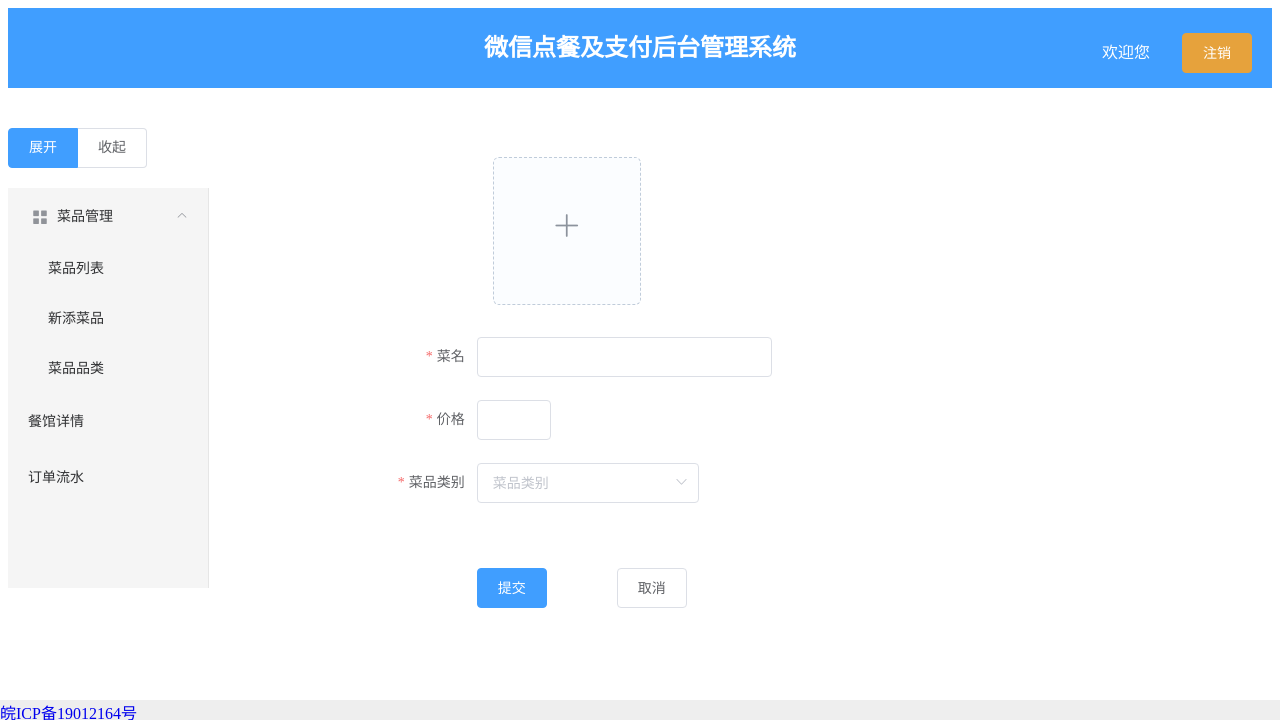
Repository: align-shi/order-web
Page: /pointpayment/hotelTable
An editor plug-in stored every save of this project. The page is shown before and after the next save, followed by the edit.
The browser window is 1280 px wide. The pictures show the whole page.
The page's requests for data from a server got no answer. The project was rebuilt for these pictures with package versions that can differ from the ones it lists, and the page was loaded fresh each time. No one was signed in, and anything a server would have sent is missing. Also part of the build but not shown: src/pages/login.vue.

Above is the page before, as saved 2020-03-11 10:24:12.

### index.html
<!DOCTYPE html>
<html>
  <head>
    <meta charset="utf-8">
    <meta name="viewport" content="width=device-width,initial-scale=1.0">
    <title>pointpayment_ele</title>
  </head>
  <body>
    <div id="app"></div>
    <!-- built files will be auto injected -->
  </body>
  <footer style="position: fixed;left: 0px;bottom: 0px;width: 100%;height:20px;background-color: #eee;">
    <a href="http://www.beian.miit.gov.cn" target="_blank">皖ICP备19012164号</a>
  </footer>
</html>

### src/App.vue
<template>
  <div id="app">
    <transition name="fade" mode="out-in">
			<router-view></router-view>
		</transition>
  </div>
</template>

<script>
export default {
  name: 'App'
}
</script>

<style>
  .header{
    background-color: #409EFF;
    color: white;
    text-align: center;
  }
</style>

### src/pages/main.vue
<template>
    <div>
        <el-container>
            <el-header class="header" height="80px">
                <headers></headers>
            </el-header>
            <el-main>
                <!-- <span v-if="!user" class="loginFont">
                        <el-button type="success"  @click="login">点击登录</el-button>
                </span>   -->
                <div class="centerContent">
                    <transition name="fade" mode="out-in">
						<router-view></router-view>
					</transition>
                </div>

            </el-main>

            <el-aside>
                    <navMenuVue></navMenuVue>
            </el-aside>

        </el-container>

    </div>
</template>

<script>

    import headers from '../components/header.vue';
    import navMenuVue from '../components/NavMenu.vue';

    export default {

        created:function(){

        },
        methods: {
            login () {
                this.$router.replace('/login')
            },
            logout () {
                this.$store.dispatch('logout').then(() => {
                    this.$router.replace('/login')
                })
            },
            dataPath(){
                this.$router.replace('/dataTable')
            },
            getStatus (urlStr) {
                var urlStrArr = urlStr.split('/')
                return urlStrArr[urlStrArr.length - 1]
            }
        },

        computed: {
            user () {
                return this.$store.state.user
            }
        },
        components: {
            headers,
            navMenuVue,
            key() {
                return this.$route.name !== undefined? this.$route.name +new Date(): this.$route +new Date()
            }
         },
         watch:{
            '$route' (to, from) {
                console.log(this.getStatus(this.$route.path))
             }
         }
    }
</script>
<style>

    .userContent{
        position: relative;
        top: -50px;
        float: right;
    }
    .centerContent{
        position: absolute;
        top: 19%;
        left:15%;
        width:80%;
    }
    .loginFont{
        top: 30%;
        position: absolute;
        left:46%;
    }
</style>

### src/components/createMenu.vue
<template>
    <div class="form">
          <el-upload
            class="upload"
            action=""
            list-type="picture-card"
            :on-preview="handlePictureCardPreview"
            :on-remove="handleRemove"
            :limit = 1
            :before-upload="UpladFile"
            >
            <!--  :on-change="saveFile"  :auto-upload="false"  :on-change="saveFile" :auto-upload="false" :before-upload="UpladFile" -->
            <i class="el-icon-plus"></i>
          </el-upload>
          <el-dialog :visible.sync="dialogVisible">
            <img width="100%" :src="dialogImageUrl" alt="">
          </el-dialog>

          <el-form :model="form" label-width="80px" :rules="formRules" ref="form">
            <el-form-item label="菜名" prop="dishes">
              <el-input v-model="form.dishes" auto-complete="off" style="width:40%"></el-input>
            </el-form-item>

            <el-form-item label="价格" prop="price">
              <el-input v-model="form.price" auto-complete="off" style="width:10%"></el-input>
            </el-form-item>

            <el-form-item label="菜品类别" prop="typeId">
              <el-select clearable  v-model="form.typeId" placeholder="菜品类别" autocomplete="off"
                      style="width: 30%">
              <el-option v-for="item in typeList" :key="item.id" :label="item.typeName"
                        :value="item.id"></el-option>
              </el-select>
            </el-form-item>
          </el-form>

        <div class="buttons">
            <el-button type="primary" @click.native="submit" :loading="submitLoading">提交</el-button>
            <el-button @click.native="clean" style="margin-left:5em;">取消</el-button>
        </div>

    </div>
</template>
<script>
    export default {

        data(){
            return{
                file:{},
                dialogVisible:false,
                dialogImageUrl:'',
                fileList:[],        //文件列表
                typeList:[],        //菜品类别表
                form: {             //提交表单
                  dishes:'',
                  price:'',
                  picture:'',
                  typeId:'',
                },
                submitLoading:false,
                uploadingFile:false,
                //表单验证
                formRules: {
                  dishes: [
                    { required: true, message: '请输入菜名', trigger: 'blur' },
                  ],
                  price: [
                    { required: true, message: '请输入价格', trigger: 'blur' },
                  ],
                  typeId:[
                    { required: true, message: '请输入菜品类别', trigger: 'blur' },
                  ],
                },
            }
        },
        created:function(){
            this.getTypeList()
        },
        methods: {
            // saveFile(file){
            //     this.file  = file.raw;
            //     this.fileList = [...this.fileList, this.file];
            // },
            submit(){
                this.$refs.form.validate((valid) => {
					if (valid) {
						this.$confirm('确认提交吗？', '提示', {}).then(() => {
                        this.submitLoading = true;
                        let para = Object.assign({}, this.form);
							// para.publishingDate = (!para.publishingDate || para.publishingDate == '') ? '':util.formatDate.format(new Date(para.publishingDate), 'yyyy-MM-dd');
                            this.submitMenu(para);
						});
					}
				});
            },
            submitMenu:function(para){
                // alert(JSON.stringify(para));
                this.$axios.post('/menu/insert',para).then((res) => {
                    if(res.data!=null){
                        this.$message.success('提交成功');
                    }
                    this.$refs['form'].resetFields();
                    this.editLoading = false;

                }).catch(function(error){
                        console.log(error);
                })
            },
            getTypeList(){
                this.$axios.post('/type/list').then((res) =>{
                this.typeList = res.data;
                })
            },
            handleRemove(file, fileList) {
                console.log(file, fileList);
            },
            handlePictureCardPreview(file) {
                this.dialogImageUrl = file.url;
                this.dialogVisible = true;
            },
            a(){

            },
            UpladFile(file){

                this.fileList = [...this.fileList,file];
                const formData = new FormData();
                var list = this.fileList;
                var that = this;
                list.forEach((file) => {
                    console.log(file);
                    formData.append('files',file);
                });

                formData.append('path','pic');
                this.$axios.post('/file/uploadFile',formData).then((res) => {
                    if(res.data!=null){
                        this.fileList= [];
                        this.form.picture = res.data[0];

                    }
                }).catch(function(error){
                    this.uploadingFile = false;
                })
                this.uploadingFile = false;
            }
        },
        computed: {

        }
    }
</script>
<style>
    .upload{
      margin-left: 6em;
      margin-bottom: 2em;
    }

    .form{
        margin-top:2%;
        margin-left:20%;
    }

    .buttons{
        margin-top:4em;
        margin-left:5em;
    }
</style>

### src/components/hotelTable.vue
<template>
    <div class="form">
        <el-upload
            class="upload"
            action=""
            list-type="picture-card"
            :on-preview="handlePictureCardPreview"
            :on-remove="handleRemove"
            :limit = 1
            :before-upload="UpladFile"
            >
            <!--  :on-change="saveFile"  :auto-upload="false"  :on-change="saveFile" :auto-upload="false" :before-upload="UpladFile" -->
            <i class="el-icon-plus"></i>
          </el-upload>
          <el-dialog :visible.sync="dialogVisible">
            <img width="100%" :src="dialogImageUrl" alt="">
          </el-dialog>

          <el-form :model="form" label-width="80px" :rules="formRules" ref="form">
            <el-form-item label="菜名" prop="dishes">
              <el-input v-model="form.dishes" auto-complete="off" style="width:40%"></el-input>
            </el-form-item>

            <el-form-item label="价格" prop="price">
              <el-input v-model="form.price" auto-complete="off" style="width:10%"></el-input>
            </el-form-item>

            <el-form-item label="菜品类别" prop="typeId">
              <el-select clearable  v-model="form.typeId" placeholder="菜品类别" autocomplete="off"
                      style="width: 30%">
              <el-option v-for="item in typeList" :key="item.id" :label="item.typeName"
                        :value="item.id"></el-option>
              </el-select>
            </el-form-item>
          </el-form>

        <div class="buttons">
            <el-button type="primary" @click.native="submit" :loading="submitLoading">提交</el-button>
            <el-button @click.native="clean" style="margin-left:5em;">取消</el-button>
        </div>
    </div>
</template>
<script>
    export default {

        data(){
            return{
                file:{},
                dialogVisible:false,
                dialogImageUrl:'',
                fileList:[],        //文件列表
                typeList:[],        //菜品类别表
                form: {             //提交表单
                  dishes:'',
                  price:'',
                  picture:'',
                  typeId:'',
                },
                submitLoading:false,
                uploadingFile:false,
                //表单验证
                formRules: {
                  dishes: [
                    { required: true, message: '请输入菜名', trigger: 'blur' },
                  ],
                  price: [
                    { required: true, message: '请输入价格', trigger: 'blur' },
                  ],
                  typeId:[
                    { required: true, message: '请输入菜品类别', trigger: 'blur' },
                  ],
                },
            }
        },
        created:function(){
            this.getTypeList()
        },
        methods: {
            // saveFile(file){
            //     this.file  = file.raw;
            //     this.fileList = [...this.fileList, this.file];
            // },
            submit(){
                this.$refs.form.validate((valid) => {
					if (valid) {
						this.$confirm('确认提交吗？', '提示', {}).then(() => {
                        this.submitLoading = true;
                        let para = Object.assign({}, this.form);
							// para.publishingDate = (!para.publishingDate || para.publishingDate == '') ? '':util.formatDate.format(new Date(para.publishingDate), 'yyyy-MM-dd');
                            this.submitMenu(para);
						});
					}
				});
            },
            submitMenu:function(para){
                // alert(JSON.stringify(para));
                this.$axios.post('/menu/insert',para).then((res) => {
                    if(res.data!=null){
                        this.$message.success('提交成功');
                    }
                    this.$refs['form'].resetFields();
                    this.editLoading = false;

                }).catch(function(error){
                        console.log(error);
                })
            },
            getTypeList(){
                this.$axios.post('/type/list').then((res) =>{
                this.typeList = res.data;
                })
            },
            handleRemove(file, fileList) {
                console.log(file, fileList);
            },
            handlePictureCardPreview(file) {
                this.dialogImageUrl = file.url;
                this.dialogVisible = true;
            },
            a(){

            },
            UpladFile(file){

                this.fileList = [...this.fileList,file];
                const formData = new FormData();
                var list = this.fileList;
                var that = this;
                list.forEach((file) => {
                    console.log(file);
                    formData.append('files',file);
                });

                formData.append('path','pic');
                this.$axios.post('/file/uploadFile',formData).then((res) => {
                    if(res.data!=null){
                        this.fileList= [];
                        this.form.picture = res.data[0];

                    }
                }).catch(function(error){
                    this.uploadingFile = false;
                })
                this.uploadingFile = false;
            }
        },
        computed: {

        }
    }
</script>
<style>
    .upload{
      margin-left: 6em;
      margin-bottom: 2em;
    }

    .form{
        margin-top:2%;
        margin-left:20%;
    }

    .buttons{
        margin-top:4em;
        margin-left:5em;
    }
</style>

### src/components/header.vue
<template>
    <div id="header">
        <h2>微信点餐及支付后台管理系统</h2>
        <div class="userContent">
            <span>
                <label>欢迎您</label>&nbsp;&nbsp;&nbsp;{{this.username}}&nbsp;&nbsp;&nbsp;&nbsp;
                <el-button type="warning"  @click="login" style="">注销</el-button>
            </span>
        </div>
    </div>
</template>

<script>
    export default {

        data(){
            return{
                username:''
            }
        },
        created:function(){
            this.username=this.getUserName();
        },
        methods: {
            login () {
                this.$router.replace('/login')
            },
            logout () {
                this.$store.dispatch('logout').then(() => {
                    this.$router.replace('/login')
                })
            },
            dataPath(){
                this.$router.replace('/dataTable')
            },
            getUserName(){
                if (document.cookie.length > 0) {
                    var arr = document.cookie.split('; '); //这里显示的格式需要切割一下自己可输出看下
                    for (var i = 0; i < arr.length; i++) {
                        var arr2 = arr[i].split('='); //再次切割
                        if (arr2[0] == 'userName') {
                            return arr2[1];
                        }
                    }
                }
            }
        },
        computed: {
            user () {
                return this.$store.state.user
            }
        }
    }
</script>
<style>
    .userContent{
        position: relative;
        top: -40px;
        float: right;
    }
</style>

### src/components/NavMenu.vue
<template>
    <div id="navMenu">
        <el-radio-group v-model="isCollapse" style="margin-bottom: 20px;">
            <el-radio-button :label="false">展开</el-radio-button>
            <el-radio-button :label="true">收起</el-radio-button>
        </el-radio-group>

         <el-menu default-active="1" class="el-menu-vertical-demo"
            @open="handleOpen" @close="handleClose" :collapse="isCollapse" @select="handleSelect" :router="true"
            background-color="#F5F5F5">

            <el-submenu v-for="(item,i) in navList" :key="'1'+i" v-show="item.second" :index="item.name">
                <template slot="title">
                    <i class="el-icon-menu"></i>
                    <span>{{ item.navItem}}</span>
                </template>
                <el-menu-item v-for="(sec,j) in item.second" :key="j" :index="sec.name">{{sec.navItem}}</el-menu-item>
            </el-submenu>

            <el-menu-item v-for="(item,i) in navList" :key="i" v-show="!item.second" :index="item.name">
            {{ item.navItem }}
            </el-menu-item>


        </el-menu>
    </div>
</template>

<script>
    export default {
        data() {
            return {
                isCollapse: false,
                navList:[
                    {name:'/hotelTable',navItem:'餐馆详情'},
                    {name:'/orderTable',navItem:'订单流水'},
                    {name:'1',navItem:'菜品管理',
                        second:[{name:'/menuTable',navItem:'菜品列表'},
                                {name:'/createMenu',navItem:'新添菜品'},
                                {name:'/typeTable',navItem:'菜品品类'}]},
                ]
            };
        },
        created:function(){

        },
        methods: {
            handleOpen(key, keyPath) {
                // console.log(key, keyPath);
            },
            handleClose(key, keyPath) {
                // console.log(key, keyPath);
            },
            handleSelect(key, keyPath) {
                // console.log(key, keyPath);
                this.$router.push(key);
            }
        }
  }
</script>
<style>
    .el-menu-vertical-demo:not(.el-menu--collapse) {
        width: 200px;
        min-height: 400px;
    }
</style>

Loaded but not shown: src/router/index.js (45 lines, source omitted); src/main.js (27 lines, source omitted); src/components/menuTable.vue (352 lines, source omitted); src/components/typeTable.vue (306 lines, source omitted); src/components/orderTable.vue (186 lines, source omitted)

After the next save:
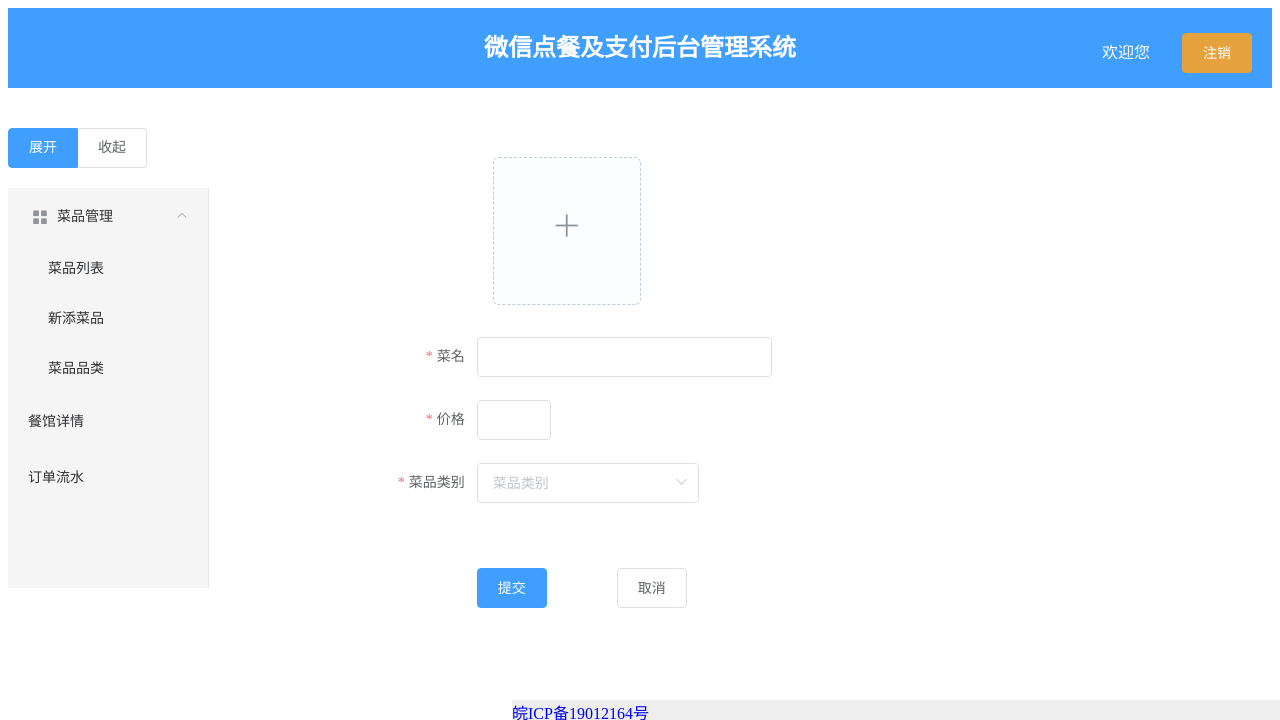
Saved 28 s later.
--- a/index.html
+++ b/index.html
@@ -9,7 +9,7 @@
     <div id="app"></div>
     <!-- built files will be auto injected -->
   </body>
-  <footer style="position: fixed;left: 0px;bottom: 0px;width: 100%;height:20px;background-color: #eee;">
+  <footer style="position: fixed;left:40%;bottom: 0px;width: 100%;height:20px;background-color: #eee;">
     <a href="http://www.beian.miit.gov.cn" target="_blank">皖ICP备19012164号</a>
   </footer>
 </html>

After the save that followed:
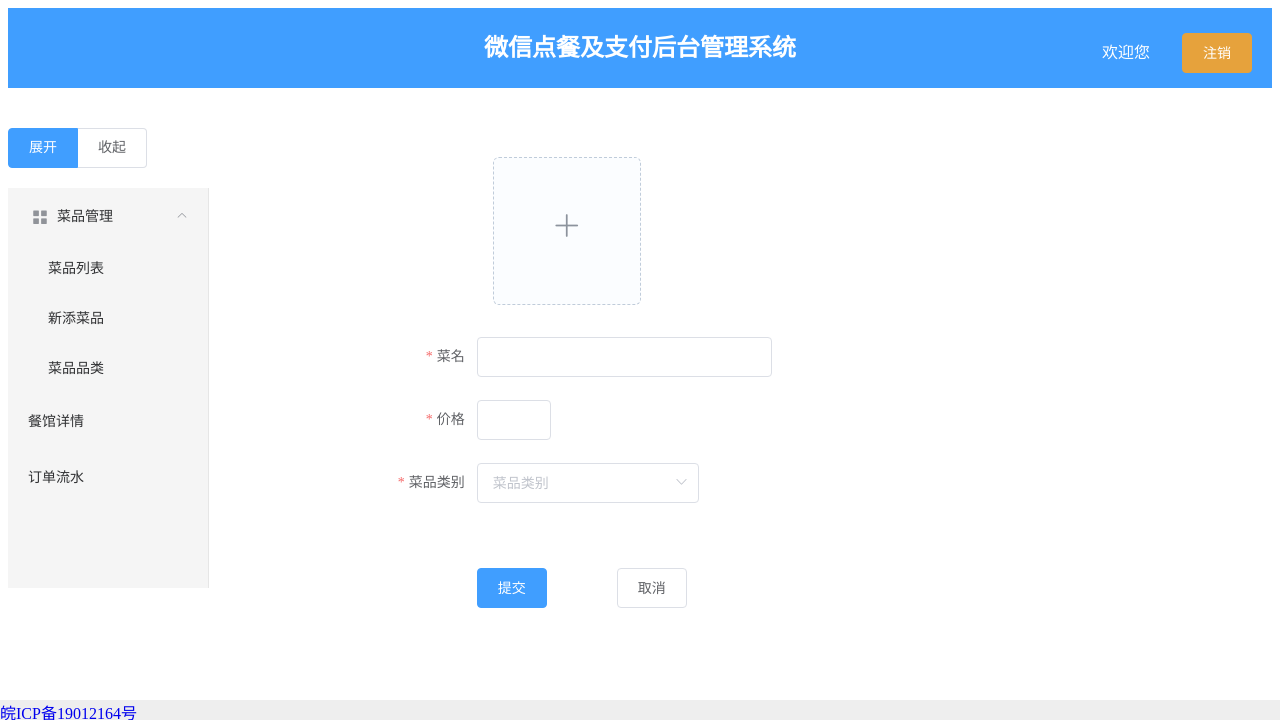
Saved 5 s later.
--- a/index.html
+++ b/index.html
@@ -9,7 +9,7 @@
     <div id="app"></div>
     <!-- built files will be auto injected -->
   </body>
-  <footer style="position: fixed;left:40%;bottom: 0px;width: 100%;height:20px;background-color: #eee;">
+  <footer style="position: fixed;left: 0px;bottom: 0px;width: 100%;height:20px;background-color: #eee;">
     <a href="http://www.beian.miit.gov.cn" target="_blank">皖ICP备19012164号</a>
   </footer>
 </html>
